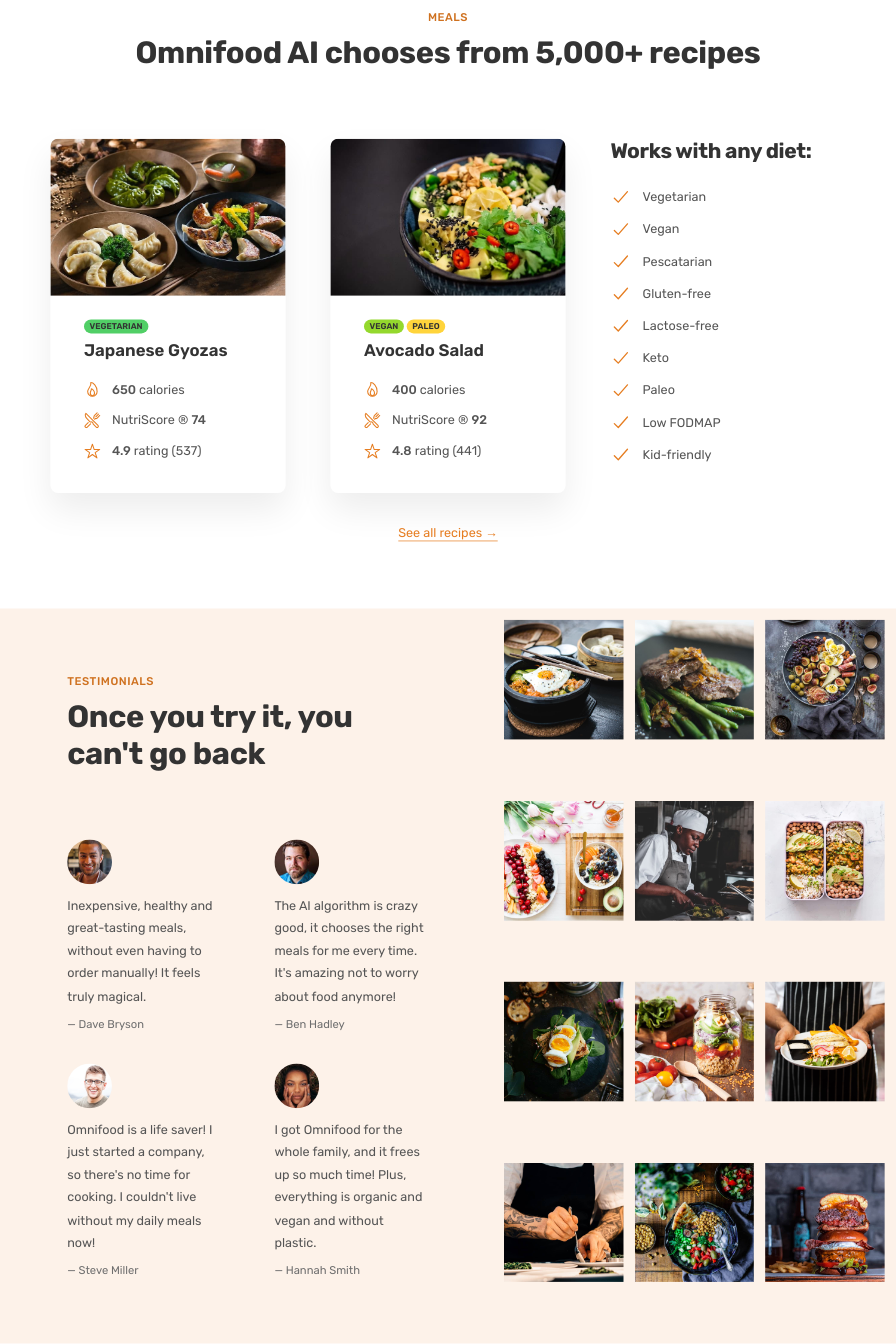
Repository: nghiakma/HTML-CSS-Fundamental
Page: Ominifood/index.html
The author's editor kept a copy of each file at every save. The page is drawn from the files as they stood at one save, then again after the next save.
The browser window is 1280 px wide. The pictures show the part of the page from y = 2725 to 4645 px (the page is 4645 px tall), at 70% of full size.
The pointer rests on the first visible `.gallery-item img`.
Some web libraries are served in a nearby version.

Above is the page before, as saved 2023-08-29 06:39:02.

### Ominifood/index.html
<!DOCTYPE html>
<html lang="en">

<head>
  <meta charset="UTF-8">
  <meta name="viewport" content="width=device-width, initial-scale=1.0">
  <title>Document</title>


  <link rel="stylesheet" href="./style.css">
  <link rel="preconnect" href="https://fonts.gstatic.com" />
  <link href="https://fonts.googleapis.com/css2?family=Rubik:wght@400;500;600;700&display=swap" rel="stylesheet" />
  <script type="module" src="https://unpkg.com/ionicons@5.4.0/dist/ionicons/ionicons.esm.js"></script>
  <script nomodule="" src="https://unpkg.com/ionicons@5.4.0/dist/ionicons/ionicons.js"></script>

  <title>Omnifood</title>
</head>

<body>
  <header class="header">
    <a href="#">
      <img class="logo" src="img/omnifood-logo.png" alt="Omnifood logo">
    </a>
    <nav class="main-nav">
      <ul class="main-nav-list">
        <li><a class="main-nav-link" href="#">How it works</a></li>
        <li><a class="main-nav-link" href="#">Meals</a></li>
        <li><a class="main-nav-link" href="#">Testimonials</a></li>
        <li><a class="main-nav-link" href="#">Pricing</a></li>
        <li><a class="main-nav-link nav-cta" href="#">Try for free</a></li>
      </ul>
    </nav>
  </header>

  <main>
    <section class="section-hero">
      <div class="hero">
        <div class="hero-text-box">
          <h1 class="heading-primary">
            A healthy meal delivered to your door, every single day
          </h1>
          <p class="hero-description">
            The smart 365-days-per-year food subscription that will make you
            eat healthy again. Tailored to your personal tastes and
            nutritional needs.
          </p>
          <a href="#" class="btn btn--full margin-right-sm">Start eating well</a>
          <a href="#" class="btn btn--outline">Learn more &darr;</a>
          <div class="delivered-meals">
            <div class="delivered-imgs">
              <img src="img/customers/customer-1.jpg" alt="Customer photo" />
              <img src="img/customers/customer-2.jpg" alt="Customer photo" />
              <img src="img/customers/customer-3.jpg" alt="Customer photo" />
              <img src="img/customers/customer-4.jpg" alt="Customer photo" />
              <img src="img/customers/customer-5.jpg" alt="Customer photo" />
              <img src="img/customers/customer-6.jpg" alt="Customer photo" />
            </div>
            <p class="delivered-text">
              <span>250,000+</span> meals delivered last year!
            </p>
          </div>
        </div>
        <div class="hero-img-box">
          <img class="hero-img" src="img/hero.png"
            alt="Woman enjoying food, meals in storage container, and food bowls on a table">
        </div>
      </div>
    </section>

    <section class="section-featured">
      <div class="container">
        <h2 class="heading-featured-in">As featured in</h2>
        <div class="logos">
          <img src="img/logos/techcrunch.png" alt="Techcrunch logo" />
          <img src="img/logos/business-insider.png" alt="Business Insider logo" />
          <img src="img/logos/the-new-york-times.png" alt="The New York Times logo" />
          <img src="img/logos/forbes.png" alt="Forbes logo" />
          <img src="img/logos/usa-today.png" alt="USA Today logo" />
        </div>
      </div>
    </section>

    <section class="section-how">
      <div class="container">
        <span class="subheading">How it works</span>
        <h2 class="heading-secondary">
          Your daily dose of health in 3 simple steps
        </h2>
      </div>

      <div class="container grid grid--2-cols grid--center-v">
        <!-- STEP 01 -->
        <div class="step-text-box">
          <p class="step-number">01</p>
          <h3 class="heading-tertiary">
            Tell us what you like (and what not)
          </h3>
          <p class="step-description">
            Never again waste time thinking about what to eat! Omnifood AI
            will create a 100% personalized weekly meal plan just for you. It
            makes sure you get all the nutrients and vitamins you need, no
            matter what diet you follow!
          </p>
        </div>
        <div class="step-img-box">
          <img src="img/app/app-screen-1.png" class="step-img" alt="iPhone app
          preferences selection screen" />
        </div>

        <!-- STEP 02 -->
        <div class="step-img-box">
          <img src="img/app/app-screen-2.png" class="step-img" alt="iPhone app
          meal approving plan screen" />
        </div>
        <div class="step-text-box">
          <p class="step-number">02</p>
          <h3 class="heading-tertiary">Approve your weekly meal plan</h3>
          <p class="step-description">
            Once per week, approve the meal plan generated for you by Omnifood
            AI. You can change ingredients, swap entire meals, or even add
            your own recipes.
          </p>
        </div>

        <!-- STEP 03 -->
        <div class="step-text-box">
          <p class="step-number">03</p>
          <h3 class="heading-tertiary">Receive meals at convenient time</h3>
          <p class="step-description">
            Best chefs in town will cook your selected meal every day, and we
            will deliver it to your door whenever works best for you. You can
            change delivery schedule and address daily!
          </p>
        </div>
        <div class="step-img-box">
          <img src="img/app/app-screen-3.png" class="step-img" alt="iPhone app
          delivery screen" />
        </div>
      </div>
    </section>


    <section class="section-meals">
      <div class="container center-text">
        <span class="subheading">Meals</span>
        <h2 class="heading-secondary">
          Omnifood AI chooses from 5,000+ recipes
        </h2>
      </div>

      <div class="container grid grid--3-cols margin-bottom-md">
        <div class="meal">
          <img src="img/meals/meal-1.jpg" class="meal-img" alt="Japanese Gyozas" />
          <div class="meal-content">
            <div class="meal-tags">
              <span class="tag tag--vegetarian">Vegetarian</span>
            </div>
            <p class="meal-title">Japanese Gyozas</p>
            <ul class="meal-attributes">
              <li class="meal-attribute">
                <ion-icon class="meal-icon" name="flame-outline"></ion-icon>
                <span><strong>650</strong> calories</span>
              </li>
              <li class="meal-attribute">
                <ion-icon class="meal-icon" name="restaurant-outline"></ion-icon>
                <span>NutriScore &reg; <strong>74</strong></span>
              </li>
              <li class="meal-attribute">
                <ion-icon class="meal-icon" name="star-outline"></ion-icon>
                <span><strong>4.9</strong> rating (537)</span>
              </li>
            </ul>
          </div>
        </div>

        <div class="meal">
          <img src="img/meals/meal-2.jpg" class="meal-img" alt="Avocado Salad" />
          <div class="meal-content">
            <div class="meal-tags">
              <span class="tag tag--vegan">Vegan</span>
              <span class="tag tag--paleo">Paleo</span>
            </div>
            <p class="meal-title">Avocado Salad</p>
            <ul class="meal-attributes">
              <li class="meal-attribute">
                <ion-icon class="meal-icon" name="flame-outline"></ion-icon>
                <span><strong>400</strong> calories</span>
              </li>
              <li class="meal-attribute">
                <ion-icon class="meal-icon" name="restaurant-outline"></ion-icon>
                <span>NutriScore &reg; <strong>92</strong></span>
              </li>
              <li class="meal-attribute">
                <ion-icon class="meal-icon" name="star-outline"></ion-icon>
                <span><strong>4.8</strong> rating (441)</span>
              </li>
            </ul>
          </div>
        </div>

        <div class="diets">
          <h3 class="heading-tertiary">Works with any diet:</h3>
          <ul class="list">
            <li class="list-item">
              <ion-icon class="list-icon" name="checkmark-outline"></ion-icon>
              <span>Vegetarian</span>
            </li>
            <li class="list-item">
              <ion-icon class="list-icon" name="checkmark-outline"></ion-icon>
              <span>Vegan</span>
            </li>
            <li class="list-item">
              <ion-icon class="list-icon" name="checkmark-outline"></ion-icon>
              <span>Pescatarian</span>
            </li>
            <li class="list-item">
              <ion-icon class="list-icon" name="checkmark-outline"></ion-icon>
              <span>Gluten-free</span>
            </li>
            <li class="list-item">
              <ion-icon class="list-icon" name="checkmark-outline"></ion-icon>
              <span>Lactose-free</span>
            </li>
            <li class="list-item">
              <ion-icon class="list-icon" name="checkmark-outline"></ion-icon>
              <span>Keto</span>
            </li>
            <li class="list-item">
              <ion-icon class="list-icon" name="checkmark-outline"></ion-icon>
              <span>Paleo</span>
            </li>
            <li class="list-item">
              <ion-icon class="list-icon" name="checkmark-outline"></ion-icon>
              <span>Low FODMAP</span>
            </li>
            <li class="list-item">
              <ion-icon class="list-icon" name="checkmark-outline"></ion-icon>
              <span>Kid-friendly</span>
            </li>
          </ul>
        </div>
      </div>

      <div class="container all-recipes">
        <a href="#" class="link">See all recipes &rarr;</a>
      </div>
    </section>

    <section class="section-testimonials">
      <div class="testimonials-container">
        <span class="subheading">Testimonials</span>
        <h2 class="heading-secondary">Once you try it, you can't go back</h2>
        <div class="testimonials">
          <figure class="testimonial">
            <img class="testimonial-img" alt="Photo of customer Dave Bryson" src="img/customers/dave.jpg" />
            <blockquote class="testimonial-text">
              Inexpensive, healthy and great-tasting meals, without even
              having to order manually! It feels truly magical.
            </blockquote>
            <p class="testimonial-name">&mdash; Dave Bryson</p>
          </figure>

          <figure class="testimonial">
            <img class="testimonial-img" alt="Photo of customer Ben Hadley" src="img/customers/ben.jpg" />
            <blockquote class="testimonial-text">
              The AI algorithm is crazy good, it chooses the right meals for
              me every time. It's amazing not to worry about food anymore!
            </blockquote>
            <p class="testimonial-name">&mdash; Ben Hadley</p>
          </figure>

          <figure class="testimonial">
            <img class="testimonial-img" alt="Photo of customer Steve Miller" src="img/customers/steve.jpg" />
            <blockquote class="testimonial-text">
              Omnifood is a life saver! I just started a company, so there's
              no time for cooking. I couldn't live without my daily meals now!
            </blockquote>
            <p class="testimonial-name">&mdash; Steve Miller</p>
          </figure>

          <figure class="testimonial">
            <img class="testimonial-img" alt="Photo of customer Hannah Smith" src="img/customers/hannah.jpg" />
            <blockquote class="testimonial-text">
              I got Omnifood for the whole family, and it frees up so much
              time! Plus, everything is organic and vegan and without plastic.
            </blockquote>
            <p class="testimonial-name">&mdash; Hannah Smith</p>
          </figure>
        </div>
      </div>
      <div class="gallery">
        <figure class="gallery-item">
          <img src="img/gallery/gallery-1.jpg" alt="Photo of beautifully
          arranged food" />
          <!-- <figcaption>Caption</figcaption> -->
        </figure>
        <figure class="gallery-item">
          <img src="img/gallery/gallery-2.jpg" alt="Photo of beautifully
          arranged food" />
        </figure>
        <figure class="gallery-item">
          <img src="img/gallery/gallery-3.jpg" alt="Photo of beautifully
          arranged food" />
        </figure>
        <figure class="gallery-item">
          <img src="img/gallery/gallery-4.jpg" alt="Photo of beautifully
          arranged food" />
        </figure>
        <figure class="gallery-item">
          <img src="img/gallery/gallery-5.jpg" alt="Photo of beautifully
          arranged food" />
        </figure>
        <figure class="gallery-item">
          <img src="img/gallery/gallery-6.jpg" alt="Photo of beautifully
          arranged food" />
        </figure>
        <figure class="gallery-item">
          <img src="img/gallery/gallery-7.jpg" alt="Photo of beautifully
          arranged food" />
        </figure>
        <figure class="gallery-item">
          <img src="img/gallery/gallery-8.jpg" alt="Photo of beautifully
          arranged food" />
        </figure>
        <figure class="gallery-item">
          <img src="img/gallery/gallery-9.jpg" alt="Photo of beautifully
          arranged food" />
        </figure>
        <figure class="gallery-item">
          <img src="img/gallery/gallery-10.jpg" alt="Photo of beautifully
          arranged food" />
        </figure>
        <figure class="gallery-item">
          <img src="img/gallery/gallery-11.jpg" alt="Photo of beautifully
          arranged food" />
        </figure>
        <figure class="gallery-item">
          <img src="img/gallery/gallery-12.jpg" alt="Photo of beautifully
          arranged food" />
        </figure>
      </div>
    </section>

  </main>

</body>

</html>

### Ominifood/style.css
/*
--- 01 TYPOGRAPHY SYSTEM

- Font sizes (px)
10 / 12 / 14 / 16 / 18 / 20 / 24 / 30 / 36 / 44 / 52 / 62 / 74 / 86 / 98

- Font weights
Default: 400
Medium: 500
Semi-bold: 600
Bold: 700

- Line heights
Default: 1
Small: 1.05
Medium: 1.2
Paragraph default: 1.6

- Letter spacing
-0.5px
0.75px

--- 02 COLORS

- Primary: #e67e22
- Tints:
#fdf2e9
#fae5d3
#eb984e

- Shades:
#cf711f
#45260a

- Accents:
- Greys

#888
#767676 (lightest grey allowed on #fff)
#6f6f6f (lightest grey allowed on #fdf2e9)
#555
#333

--- 05 SHADOWS

0 2.4rem 4.8rem rgba(0, 0, 0, 0.075);

--- 06 BORDER-RADIUS

Default: 9px
Medium: 11px

--- 07 WHITESPACE

- Spacing system (px)
2 / 4 / 8 / 12 / 16 / 24 / 32 / 48 / 64 / 80 / 96 / 128
*/

* {
  padding: 0;
  margin: 0;
  box-sizing: border-box;
}
*:focus {
  outline: none;
  /* outline: 4px dotted #e67e22; */
  /* outline-offset: 8px; */
  box-shadow: 0 0 0 0.8rem rgba(230, 125, 34, 0.5);
}
html {
  font-size: 62.5%;
}
body {
  font-family: "Rubik", sans-serif;
  line-height: 1;
  font-weight: 400;
  color: #555;
}

.header {
  display: flex;
  justify-content: space-between;
  align-items: center;
  background-color: #fdf2e9;

  /* Because we want header to be sticky later */
  height: 9.6rem;
  padding: 0 4.8rem;
}

.logo {
  height: 2.2rem;
}

/**************************/
/* NAVIGATION */
/**************************/

.main-nav-list {
  list-style: none;
  display: flex;
  align-items: center;
  gap: 3.2rem;
}

.main-nav-link:link,
.main-nav-link:visited {
  display: inline-block;
  text-decoration: none;
  color: #333;
  font-weight: 500;
  font-size: 1.8rem;
  transition: all 0.3s;
}

.main-nav-link:hover,
.main-nav-link:active {
  color: #cf711f;
}

.main-nav-link.nav-cta:link,
.main-nav-link.nav-cta:visited {
  padding: 1.2rem 2.4rem;
  border-radius: 9px;
  color: #fff;
  background-color: #e67e22;
}

.main-nav-link.nav-cta:hover,
.main-nav-link.nav-cta:active {
  background-color: #cf711f;
}
/**************************/
/* HERO SECTION */
/**************************/
.section-hero {
  background-color: #fdf2e9;
  padding: 4.8rem 0 9.6rem 0;
}
.hero {
  max-width: 130rem;
  margin: 0 auto;
  padding: 0 3.2rem;
  display: grid;
  grid-template-columns: 1fr 1fr;
  gap: 9.6rem;
  align-items: center;
}
.heading-primary,
.heading-secondary,
.heading-tertiary {
  font-weight: 700;
  color: #333;
  letter-spacing: -0.5px;
}
.heading-primary {
  font-size: 5.2rem;
  line-height: 1.05;
  margin-bottom: 3.2rem;
}
.hero-description {
  font-size: 2rem;
  line-height: 1.6;
  margin-bottom: 4.8rem;
}
.btn,
.btn:link,
.btn:visited {
  display: inline-block;

  text-decoration: none;
  font-size: 2rem;
  font-weight: 600;
  padding: 1.6rem 3.2rem;
  border-radius: 9px;

  /* Only necessary for .btn */
  border: none;
  cursor: pointer;
  font-family: inherit;

  /* Put transition on original "state" */
  /* transition: background-color 0.3s; */
  transition: all 0.3s;
}

.btn--full:link,
.btn--full:visited {
  background-color: #e67e22;
  color: #fff;
}

.btn--full:hover,
.btn--full:active {
  background-color: #cf711f;
}
.margin-right-sm {
  margin-right: 1.6rem !important;
}

.btn--outline:link,
.btn--outline:visited {
  background-color: #fff;
  color: #555;
}

.btn--outline:hover,
.btn--outline:active {
  background-color: #fdf2e9;

  /* border: 3px solid #fff; */

  /* Trick to add border inside */
  box-shadow: inset 0 0 0 3px #fff;
}
.hero-img {
  width: 100%;
}
.delivered-meals {
  display: flex;
  align-items: center;
  gap: 1.6rem;
  margin-top: 8rem;
}
.delivered-imgs {
  display: flex;
}
.delivered-imgs img {
  height: 4.8rem;
  width: 4.8rem;
  border-radius: 50%;
  margin-right: -1.6rem;
  border: 3px solid #fdf2e9;
}
.delivered-imgs img:last-child {
  margin: 0;
}
.delivered-text {
  font-size: 1.8rem;
  font-weight: 600;
}
.delivered-text span {
  color: #cf711f;
  font-weight: 700;
}
/*Feature in section*/
.container {
  max-width: 120rem;
  padding: 0 3.2rem;
  margin: 0 auto;
}
.section-featured {
  padding: 4.8rem 0 3.2rem 0;
}
.heading-featured-in {
  font-size: 1.4rem;
  text-transform: uppercase;
  letter-spacing: 0.75px;
  font-weight: 500;
  text-align: center;
  margin-bottom: 2.4rem;
  color: #888;
}
.logos {
  display: flex;
  justify-content: space-around;
}
.logos img {
  height: 3.2rem;
  filter: brightness(0);
  opacity: 50%;
}
/**************************/
/* HOW IT WORKS SECTION */
/**************************/
.heading-secondary {
  font-size: 4.4rem;
  line-height: 1.2;
  margin-bottom: 9.6rem;
}
.subheading {
  display: block;
  font-size: 1.6rem;
  font-weight: 500;
  color: #cf711f;
  text-transform: uppercase;
  margin-bottom: 1.6rem;
  letter-spacing: 0.75px;
}
.grid {
  display: grid;
  column-gap: 6.4rem;
  row-gap: 9.6rem;
}
.grid--2-cols {
  grid-template-columns: repeat(2, 1fr);
}
.grid--center-v {
  align-items: center;
}
.heading-tertiary {
  font-size: 3rem;
  line-height: 1.2;
  margin-bottom: 3.2rem;
}
.section-how {
  padding: 9.6rem 0;
}

.step-number {
  font-size: 8.6rem;
  font-weight: 600;
  color: #ddd;
  margin-bottom: 1.2rem;
}

.step-description {
  font-size: 1.8rem;
  line-height: 1.8;
}

.step-img-box {
  position: relative;

  display: flex;
  align-items: center;
  justify-content: center;
}
/*Cha la step-img-bõ*/
.step-img-box::before,
.step-img-box::after {
  content: "";
  display: block;
  border-radius: 50%;
  position: absolute;
  top: 50%;
  left: 50%;
  transform: translate(-50%, -50%);
}

.step-img-box::before {
  width: 60%;
  /* height: 60%; */

  /* 60% of parent's width */
  padding-bottom: 60%;

  background-color: #fdf2e9;
  z-index: -2;
}

.step-img-box::after {
  width: 45%;
  padding-bottom: 45%;
  background-color: #fae5d3;
  z-index: -1;
}

.step-img {
  width: 35%;
  /* z-index: 10; */
}
/**************************/
/* MEALS SECTION */
/**************************/
.center-text {
  text-align: center;
}
.margin-bottom-md {
  margin-bottom: 4.8rem !important;
}
strong {
  font-weight: 500;
}
.section-meals {
  padding: 9.6rem 0;
}

.grid--3-cols {
  grid-template-columns: repeat(3, 1fr);
}
.meal-img {
  width: 100%;
}
.meal {
  box-shadow: 0 2.4rem 4.8rem rgba(0, 0, 0, 0.075);
  border-radius: 11px;
  overflow: hidden;
  transition: all 0.4s;
}

.meal:hover {
  transform: translateY(-1.2rem);
  box-shadow: 0 3.2rem 6.4rem rgba(0, 0, 0, 0.06);
}

.meal-content {
  padding: 3.2rem 4.8rem 4.8rem 4.8rem;
}

.meal-tags {
  margin-bottom: 1.2rem;
  display: flex;
  gap: 0.4rem;
}

.tag {
  display: inline-block;
  padding: 0.4rem 0.8rem;
  font-size: 1.2rem;
  text-transform: uppercase;
  color: #333;
  border-radius: 100px;
  font-weight: 600;
}

.tag--vegetarian {
  background-color: #51cf66;
}
.tag--vegan {
  background-color: #94d82d;
}
.tag--paleo {
  background-color: #ffd43b;
}
.meal-title {
  font-size: 2.4rem;
  color: #333;
  font-weight: 600;
  margin-bottom: 3.2rem;
}
.meal-attributes {
  list-style: none;
  display: flex;
  flex-direction: column;
  gap: 2rem;
}
.meal-attribute {
  font-size: 1.8rem;
  display: flex;
  align-items: center;
  gap: 1.6rem;
}
.meal-icon {
  height: 2.4rem;
  width: 2.4rem;
  color: #e67e22;
}
.all-recipes {
  text-align: center;
  font-size: 1.8rem;
}
.link:link,
.link:visited {
  display: inline-block;
  color: #e67e22;
  text-decoration: none;
  border-bottom: 1px solid currentColor;
  padding-bottom: 2px;
  transition: all 0.3s;
}
.link:hover,
.link:active {
  color: #cf711f;
  border-bottom: 1px solid transparent;
}
.list {
  list-style: none;
  display: flex;
  flex-direction: column;
  gap: 1.6rem;
}
.list-item {
  font-size: 1.8rem;
  display: flex;
  align-items: center;
  gap: 1.6rem;
}
.list-icon {
  width: 3rem;
  height: 3rem;
  color: #e67e22;
}
/**************************/
/* TESTIMONIALS SECTION */
/**************************/
.section-testimonials {
  background-color: #fdf2e9;
  display: grid;
  grid-template-columns: 55fr 45fr;
}
.testimonials-container {
  padding: 9.6rem;
}
.testimonials {
  display: grid;
  grid-template-columns: 1fr 1fr;
  row-gap: 4.8rem;
  column-gap: 8rem;
}
.testimonial-img {
  width: 6.4rem;
  border-radius: 50%;
  margin-bottom: 1.2rem;
}
.testimonial-text {
  font-size: 1.8rem;
  line-height: 1.8;
  margin-bottom: 1.6rem;
}
.testimonial-name {
  font-size: 1.6rem;
  color: #6f6f6f;
}
.gallery {
  display: grid;
  grid-template-columns: repeat(3, 1fr);
  gap: 1.6rem;
  padding: 1.6rem;
}
.gallery-item {
  overflow: hidden;
}
.gallery-item img {
  display: block;
  width: 100%;
  transition: all 0.4s;
}
.gallery-item img:hover {
  transform: translate(1.1);
}

After the next save:
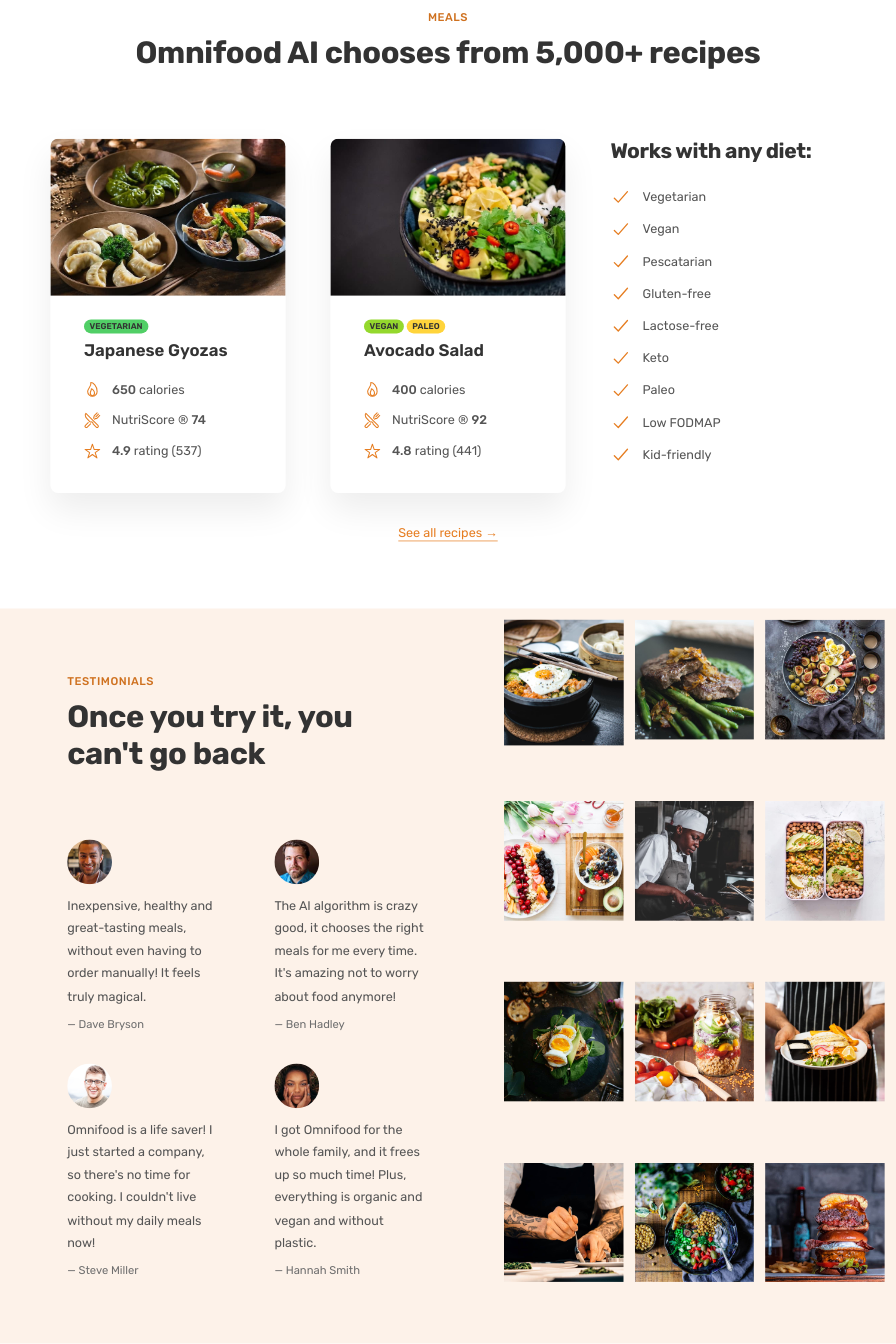
Saved 25 s later.
--- a/Ominifood/style.css
+++ b/Ominifood/style.css
@@ -527,5 +527,5 @@ strong {
   transition: all 0.4s;
 }
 .gallery-item img:hover {
-  transform: translate(1.1);
-}
+  transform: scale(1.1);
+}
